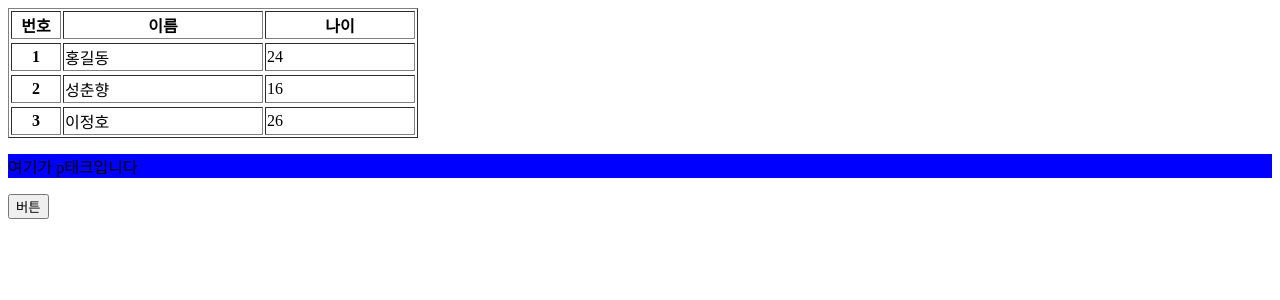
Repository: jeongho97/JQuery
Page: JQuery기본/WebContent/JQuery속성추가_값저장.html
The author's editor kept a copy of each file at every save. The page is drawn from the files as they stood at one save, then again after the next save.
The browser window is 1280 px wide. The pictures show the whole page.
After loading, the first visible `#btn` was clicked once.

Above is the page before, as saved 2022-05-13 01:37:35.

After the next save:
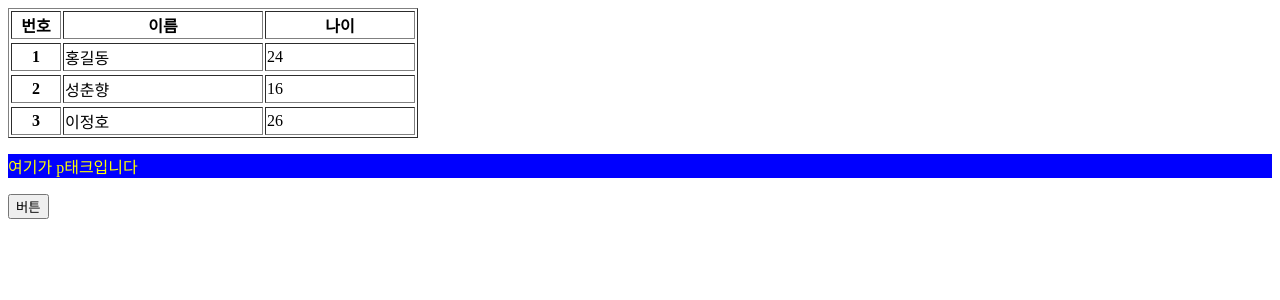
Saved 38 s later.
--- a/JQuery기본/WebContent/JQuery속성추가_값저장.html
+++ b/JQuery기본/WebContent/JQuery속성추가_값저장.html
@@ -68,6 +68,8 @@
 
 		/* document.getElementsByTagName("p").setAttribute("id", "pid"); //JavaScript */
 
+		$("p").attr("class","back");
+
 
 	})
 

After the 2 saves that followed:
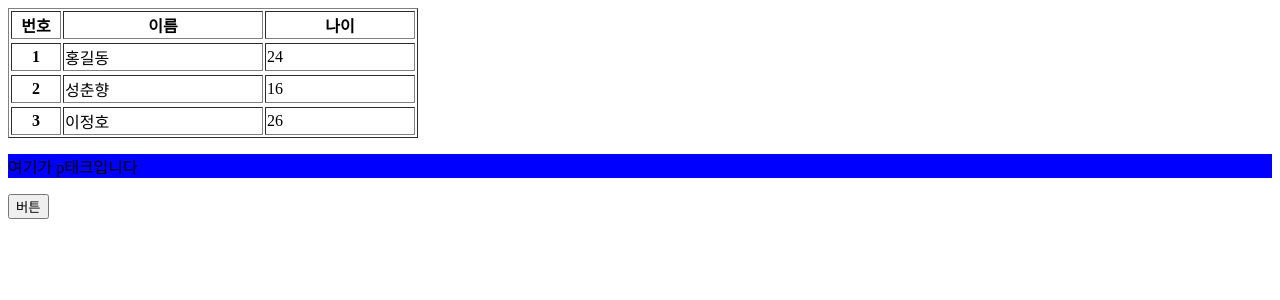
The 2 saves are shown as one change because 1 left the picture as it was.
The last was saved 2 min 34 s later.
--- a/JQuery기본/WebContent/JQuery속성추가_값저장.html
+++ b/JQuery기본/WebContent/JQuery속성추가_값저장.html
@@ -68,8 +68,11 @@
 
 		/* document.getElementsByTagName("p").setAttribute("id", "pid"); //JavaScript */
 
-		$("p").attr("class","back");
+		//$("p").attr("class","back");
+		$("p").addClass("back");
 
+		//$("p").attr("class","");
+		$("p").removeClass("back");
 
 	})
 
